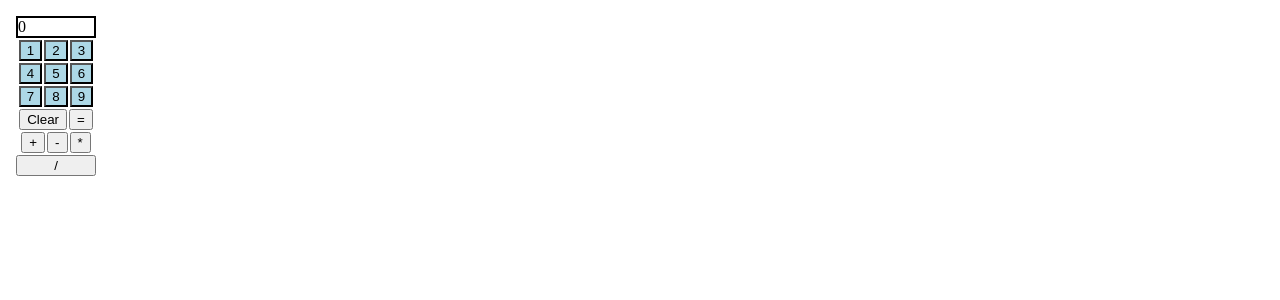
Repository: weazzyefff/Calculator-App
Page: index.html
The author's editor kept a copy of each file at every save. The page is drawn from the files as they stood at one save, then again after the next save.
The browser window is 1280 px wide. The pictures show the whole page.

Above is the page before, as saved 2022-12-16 22:24:15.

After the next save:
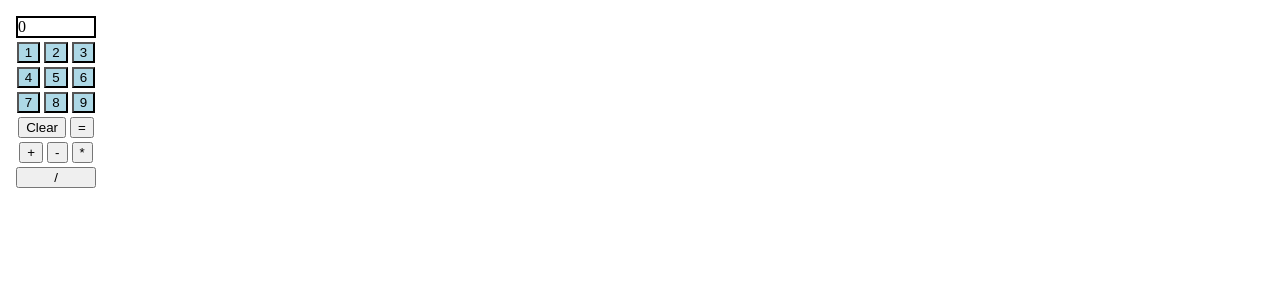
Saved 61 s later.
--- a/style.css
+++ b/style.css
@@ -5,7 +5,7 @@
     align-items: center;
     justify-content: center;
     padding: 8px;
-    gap: 2px;
+    gap: 4px;
 
 }
 .display {
